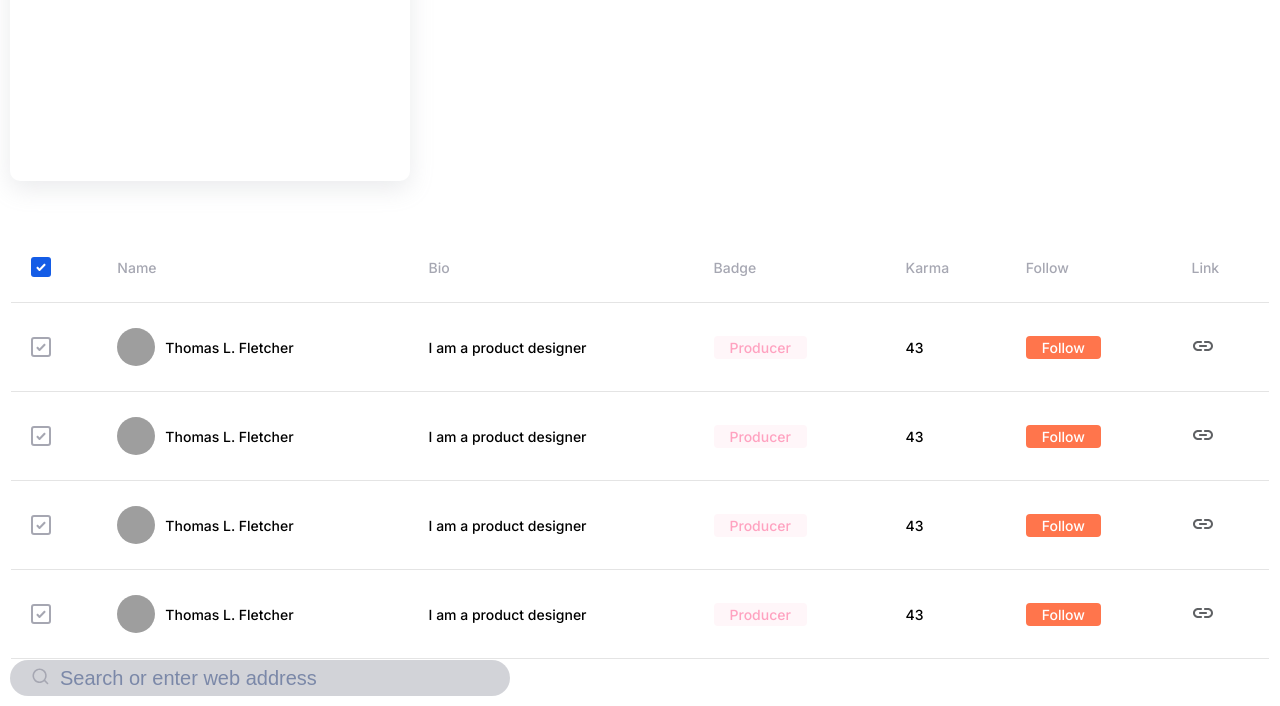
Repository: anhphapap/CSS
Page: test.html
These files come from the project's save history. The page is drawn as it stood at one moment and after the next save; the edit follows.
The browser window is 1280 px wide. The pictures show the part of the page from y = 642 to 1348 px (the page is 1348 px tall).
Pictures or frames that could not be fetched are drawn as grey boxes. A picture or video elsewhere on the page could not be fetched, so the positions and the page height are approximate.

Above is the page before, as saved 2023-04-09 22:13:18.

After the next save:
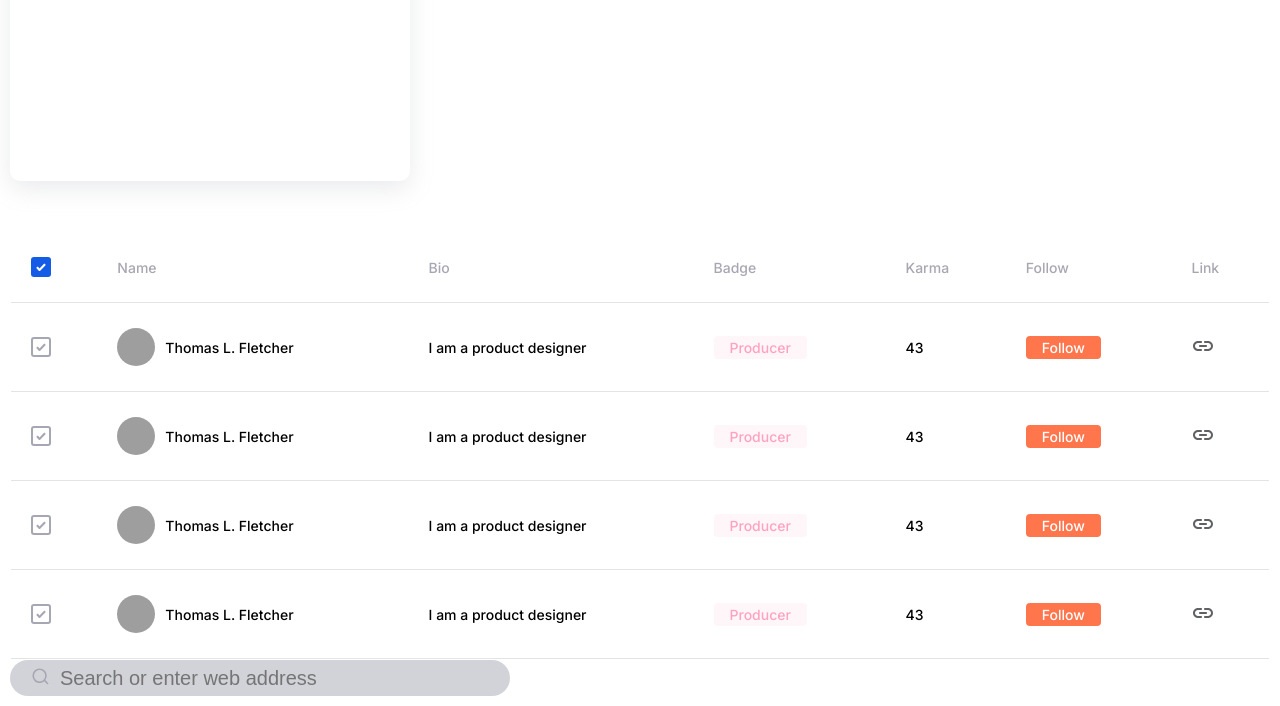
Saved 10 s later.
--- a/CSS/test.css
+++ b/CSS/test.css
@@ -404,7 +404,7 @@ td,th{
 }
 
 .input-search::placeholder{
-    color: #7B88A8;
+    color: ;
 }
 .input-search:focus{
     background-color: white;
